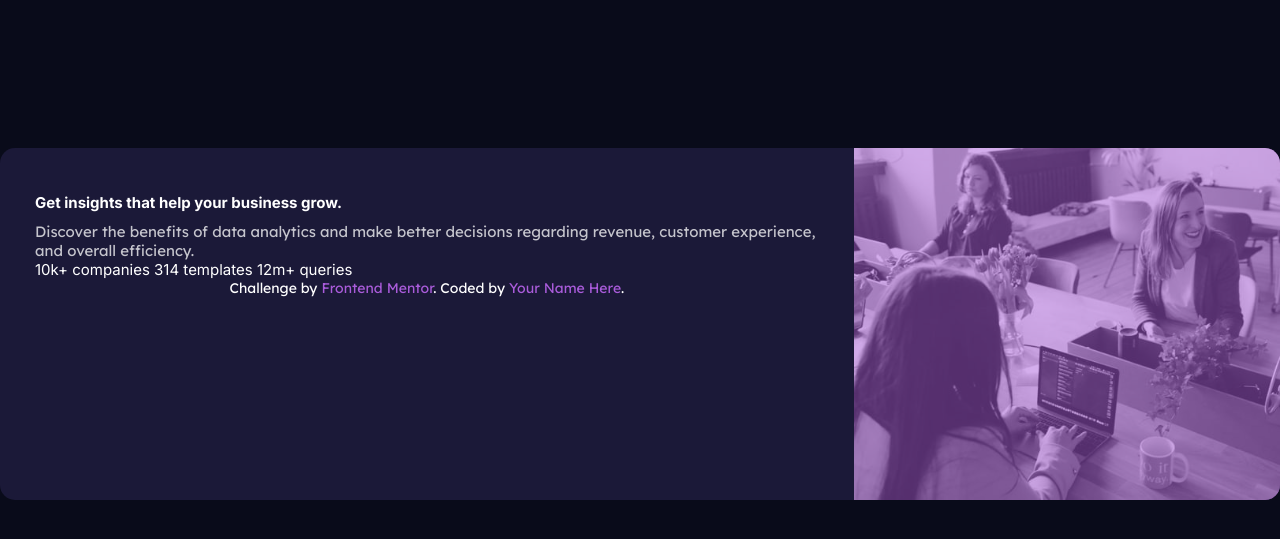
Repository: wasanmsn/Card_Challange
Page: index.html
The author's editor kept a copy of each file at every save. The page is drawn from the files as they stood at one save, then again after the next save.
The browser window is 1280 px wide. The pictures show the whole page.

Above is the page before, as saved 2021-07-21 16:24:21.

### index.html
<!DOCTYPE html>
<html lang="en">

<head>
  <meta charset="UTF-8">
  <meta name="viewport" content="width=device-width, initial-scale=1.0">
  <!-- displays site properly based on user's device -->

  <link rel="icon" type="image/png" sizes="32x32" href="./images/favicon-32x32.png">
  <link rel="stylesheet" href="./stylesheet.css">

  <title>Frontend Mentor | Stats preview card component</title>

</head>

<body>
  <div class="container">
    <div class="column1">
      <h1 id="header">
        Get insights that help your business grow.
      </h1>
      <div id="content">
        Discover the benefits of data analytics and make better decisions regarding revenue, customer
        experience, and overall efficiency.
      </div>
      <div id="content2">
        10k+ companies
        314 templates
        12m+ queries
      </div>
      <div class="attribution">
        Challenge by <a href="https://www.frontendmentor.io?ref=challenge" target="_blank">Frontend Mentor</a>.
        Coded by <a href="#">Your Name Here</a>.
      </div>
    </div>
      <div class="column2">
        <image id="img" src="./images/image-header-desktop.jpg">
    </div>
  </div>


</body>

</html>

### stylesheet.css
@import url('https://fonts.googleapis.com/css2?family=Inter:wght@400;700&family=Lexend+Deca&display=swap');

body {
    margin: 0;
    padding: 0;
    background-color: hsl(233, 47%, 7%);

}

.container {
    width: 100%;
    display: flex;
    height: 90vh;
    justify-content: center;
    align-items: center;

}

.column1 {
    -webkit-box-sizing: border-box;
    /* Safari/Chrome, other WebKit */
    -moz-box-sizing: border-box;
    /* Firefox, other Gecko */
    box-sizing: border-box;
    /* Opera/IE 8+ */
    display: flex;
    flex-direction: column;
    justify-content: stretch;
    height: 22rem;

    padding: 35px;
    border-radius: 15px 0 0 15px;
    background-color: hsl(244, 38%, 16%);

}

.column2 {
    -webkit-box-sizing: border-box;
    /* Safari/Chrome, other WebKit */
    -moz-box-sizing: border-box;
    /* Firefox, other Gecko */
    box-sizing: border-box;
    /* Opera/IE 8+ */
    height: 22rem;
    border-radius: 0 15px 15px 0;
    background-color: hsl(277, 64%, 61%);
}

#img {
    opacity: 0.5;
    height: 100%;
    border-radius: 0 15px 15px 0;
}
#header{
    font-size: 15px;
    font-family: 'Inter', sans-serif;
    font-weight: 700;
    color:hsl(0, 0%, 100%) ;
}
#content{
    font-size: 15px;
    font-family: 'Lexend Deca', sans-serif;
    color: hsla(0, 0%, 100%, 0.75);
}
#content2{
    font-size: 15px;
    font-family: 'Inter', sans-serif;
    color: hsl(0, 0%, 100%) ;
}
.attribution {
    font-size: 14px;
    text-align: center;
    font-family: 'Lexend Deca', sans-serif;
    color: hsl(0, 0%, 100%) ;
}
.attribution a {
    text-decoration: none;
    color: hsl(277, 64%, 61%);
  }

After the next save:
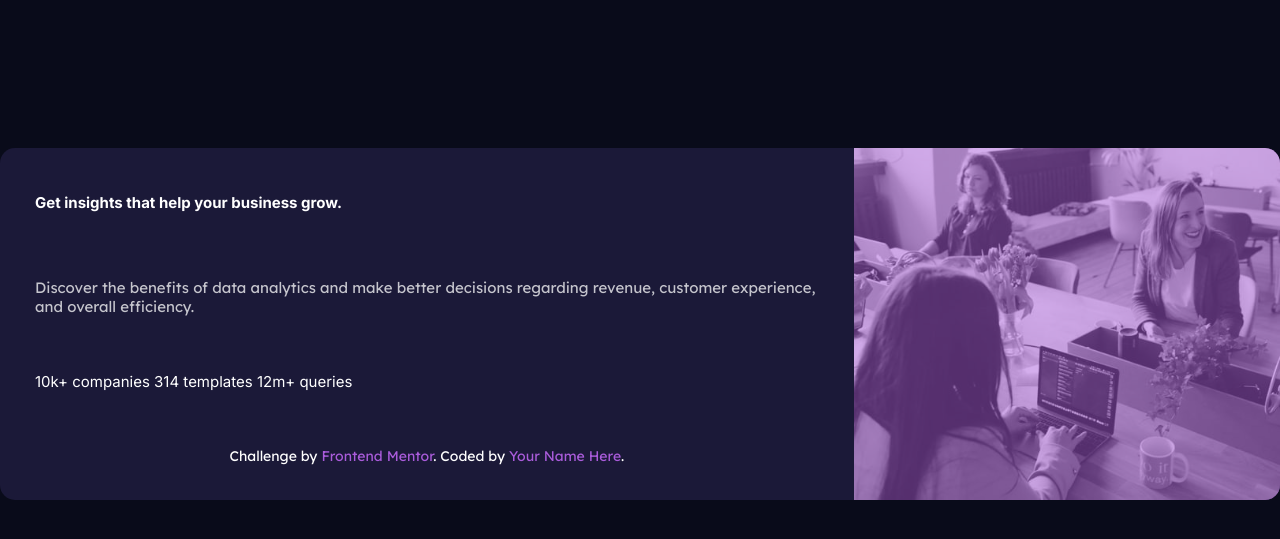
Saved 9 s later.
--- a/stylesheet.css
+++ b/stylesheet.css
@@ -25,7 +25,7 @@ body {
     /* Opera/IE 8+ */
     display: flex;
     flex-direction: column;
-    justify-content: stretch;
+    justify-content: space-between;
     height: 22rem;
 
     padding: 35px;
